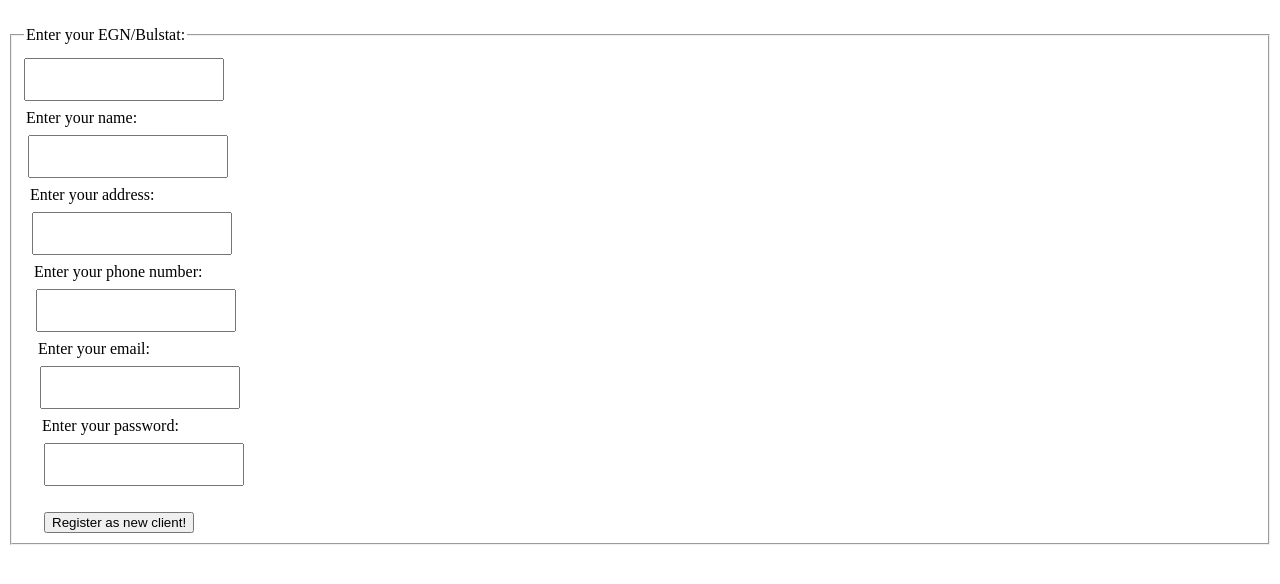
Repository: A-Mitev/E-Banking_Team_Project
Page: http://localhost/FiBank/WEB-INF/views/jsp/Register.jsp
The author's editor kept a copy of each file at every save. The page is drawn from the files as they stood at one save, then again after the next save.
The browser window is 1280 px wide. The pictures show the whole page.
The page is served by Tomcat 9. Nobody is signed in. The template is opened directly, without the code that normally fills it, so the values that code supplies are empty.

Above is the page before, as saved 2016-04-05 20:10:20.

After the next save:
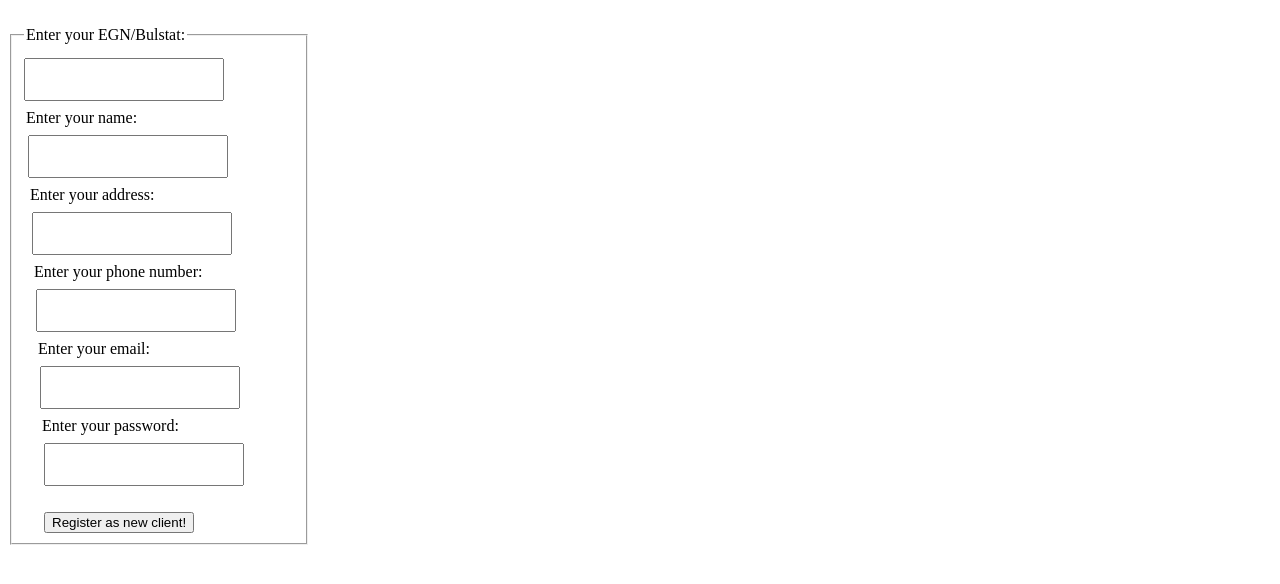
Saved 85 s later.
--- a/FiBank/src/main/webapp/WEB-INF/views/jsp/Register.jsp
+++ b/FiBank/src/main/webapp/WEB-INF/views/jsp/Register.jsp
@@ -21,7 +21,7 @@ input[type=text] {
 	 ${text}
 	<br />
 	<springForm:form method="post" commandName="user" >
-	<fieldset >
+	<fieldset style="width:270px">
 		<legend>Enter your EGN/Bulstat:</legend>
 		<springForm:input type="text" path="id" />
 		<br />
